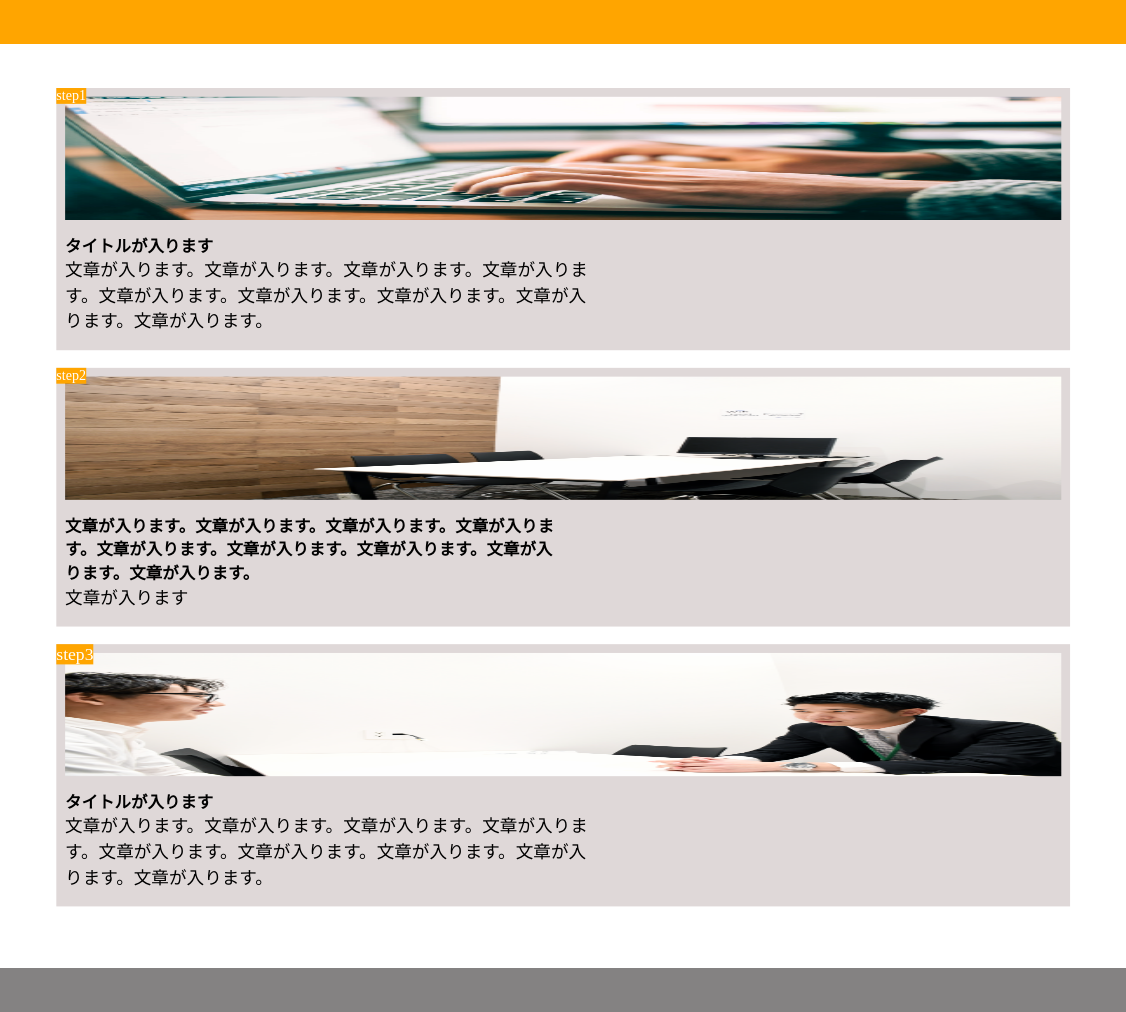
Repository: ishidaryu/ishidaryu
Page: HW/HW.html
The author's editor kept a record of every edit. The page is drawn from the files as they stood at one moment, then again after the next edit.
The browser window is 1280 px wide. The pictures show the whole page, at 88% of full size.

Above is the page before.

After the next edit:
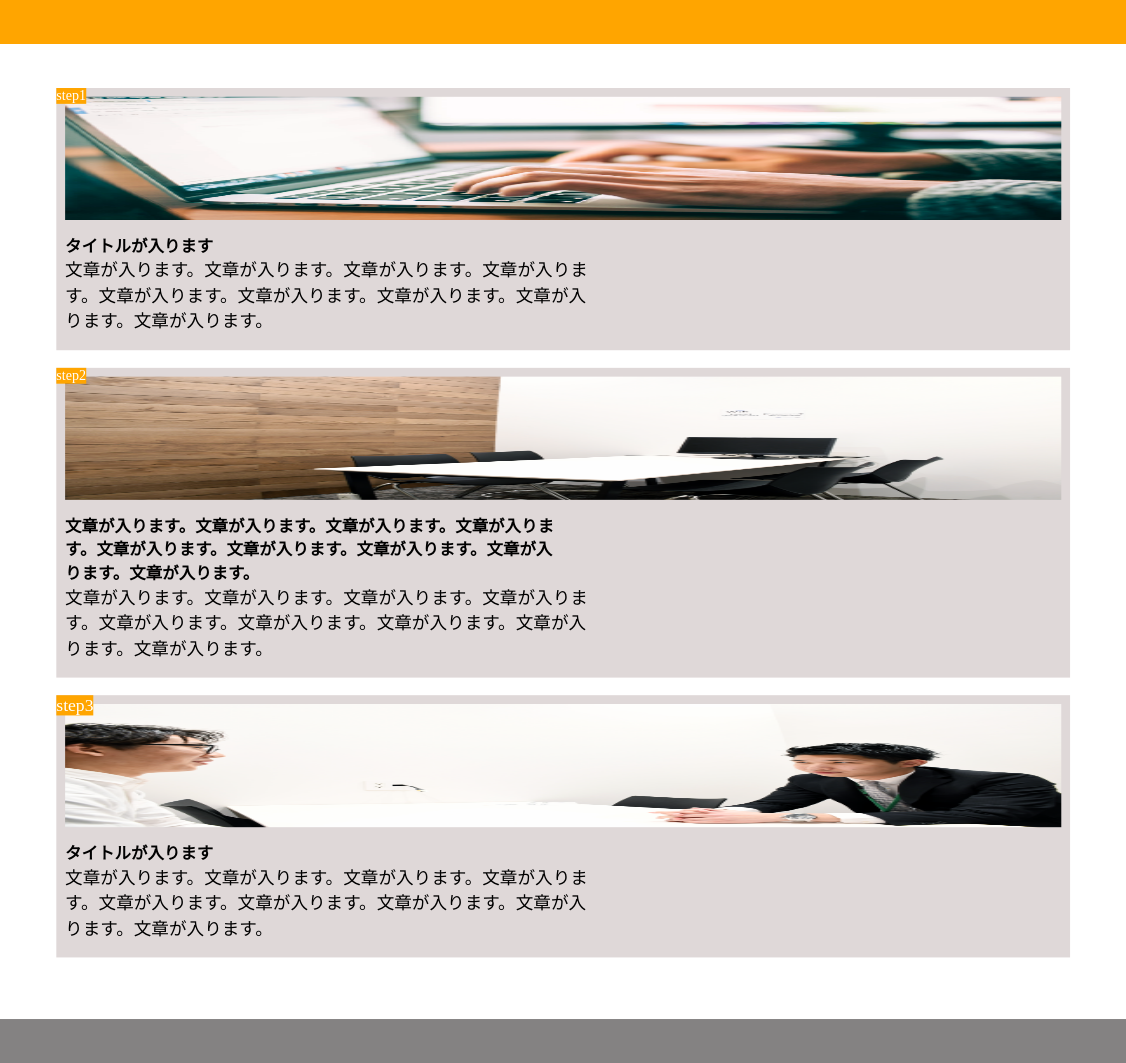
The edit:
--- a/HW/HW.html
+++ b/HW/HW.html
@@ -53,7 +53,11 @@
                       ります。文章が入ります。
                     </p>
                   </h3>
-                <p class="blog-date">文章が入ります</p>
+                <p class="blog-date">
+                      文章が入ります。文章が入ります。文章が入ります。文章が入りま<br />
+                      す。文章が入ります。文章が入ります。文章が入ります。文章が入<br />
+                      ります。文章が入ります。
+                </p>
                 </section>
           </div>
 
